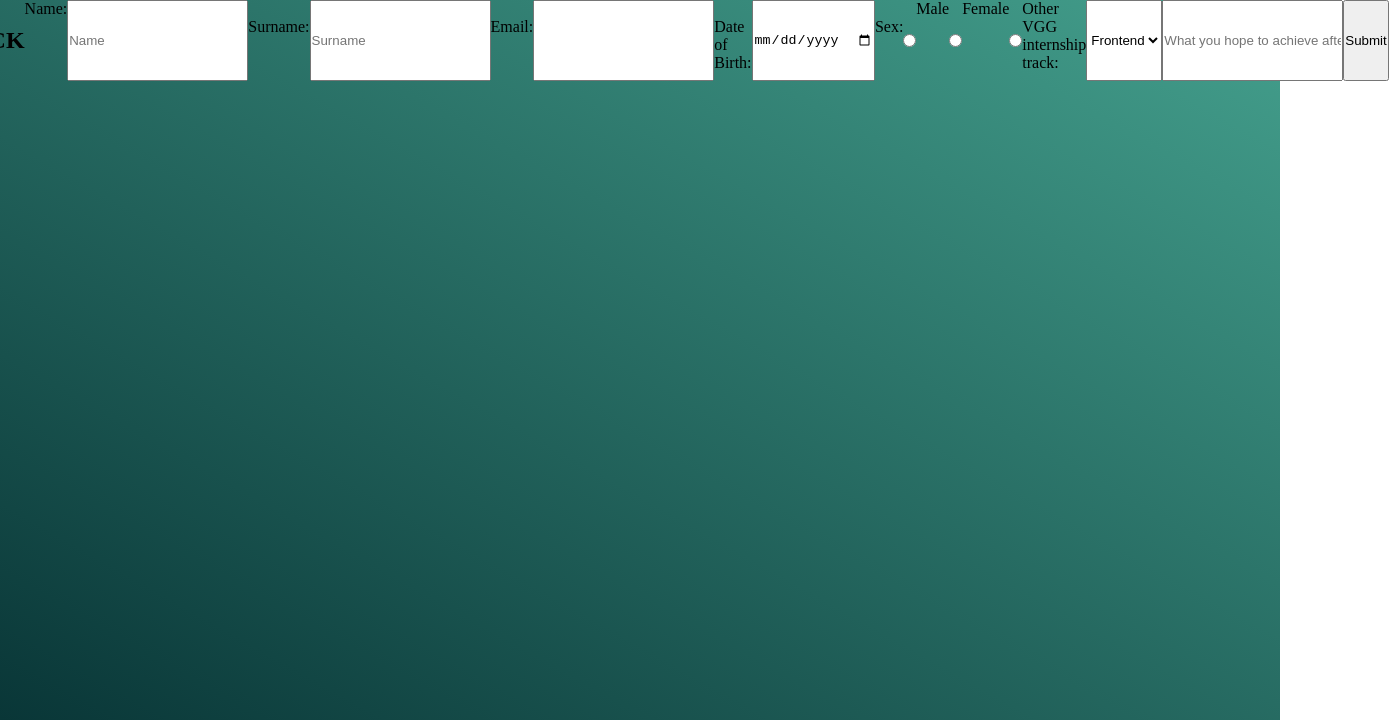
Repository: iphyokafor/VGG-Feedback-form
Page: index.html
The author's editor kept a copy of each file at every save. The page is drawn from the files as they stood at one save, then again after the next save.
The browser window is 1280 px wide. The page is 1389 px wide, then 1280 px, so the pictures cover 1389 px, including what lies to the right of the window. The pictures show the whole page.

Above is the page before, as saved 2020-01-12 20:40:08.

After the next save:
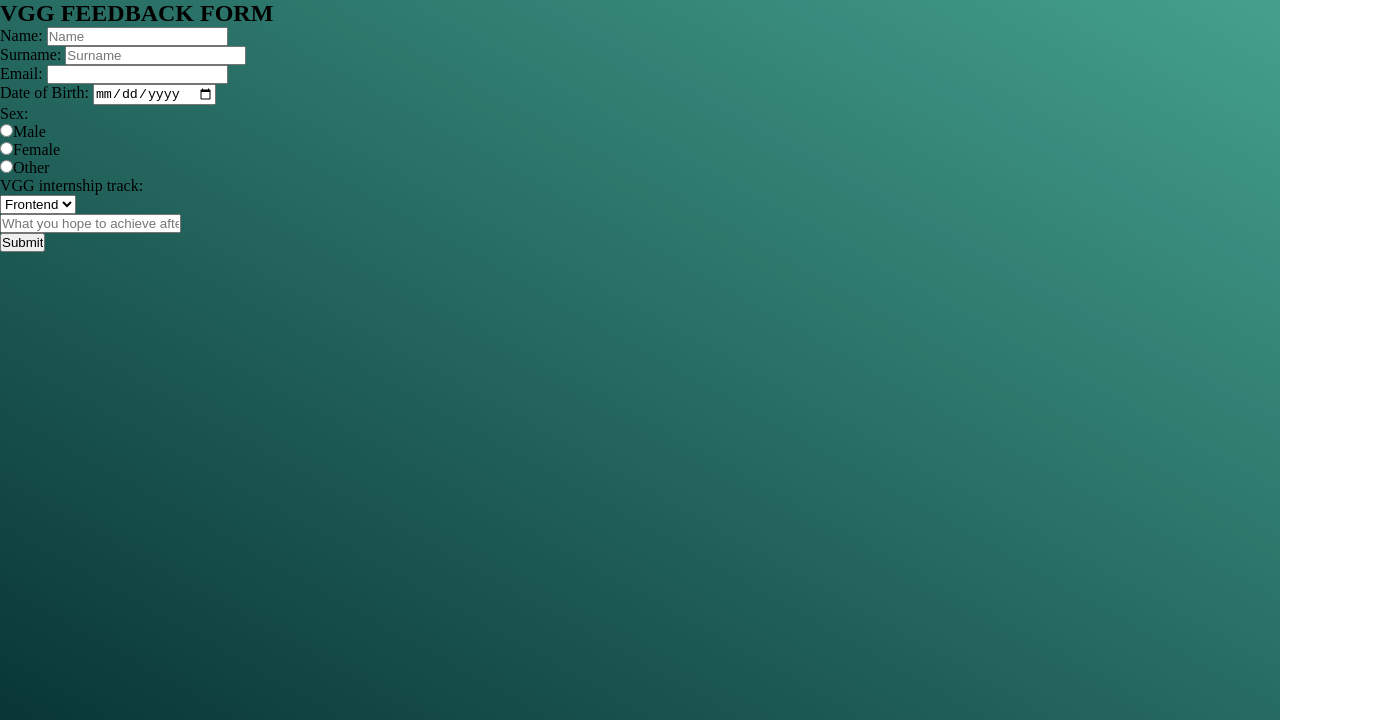
Saved 54 s later.
--- a/style.css
+++ b/style.css
@@ -19,6 +19,5 @@ body {
 form {
     /* margin: auto;
     padding: 20px; */
-    display: flex;
-    justify-content: center;
+    box-sizing: border-box;
 }
